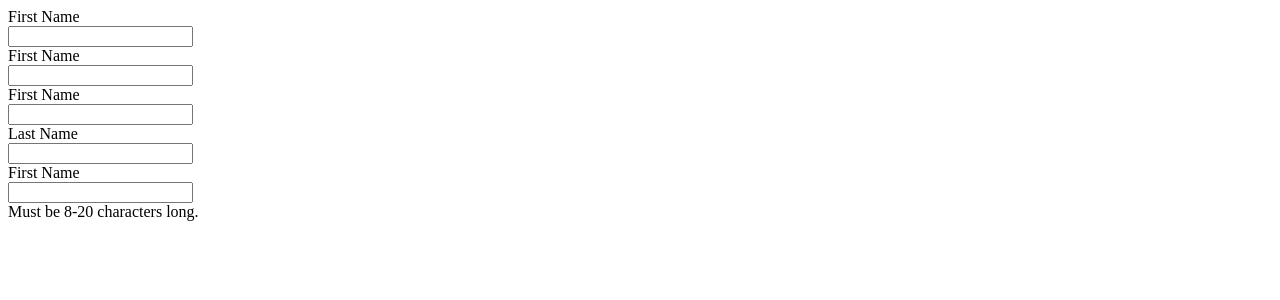
Repository: acciojob/bootstrap-form-easy-vandanayadav15
Page: main.html
These files come from the project's save history. The page is drawn as it stood at one moment and after the next save; the edit follows.
The browser window is 1280 px wide. The pictures show the whole page.

Above is the page before, as saved 2022-10-20 23:10:44.

### main.html
<!DOCTYPE html>

<html>

<head>
	<link rel="stylesheet" href="styles.css">
</head>

<body>
	<!-- the entire body must be written by student -->
	<div class="row g-3 align-items-center">
		<div class="col-auto">
			<label for="inputPassword6" class="col-form-label">First Name</label>
		</div>
		<div class="col-auto">
			<input type="text" id="first-name" class="form-control" aria-describedby="passwordHelpInline">
		</div>
		<div class="col-auto">
			<label for="inputPassword6" class="col-form-label">First Name</label>
		</div>
		<div class="col-auto">
			<input type="text" id="first-name" class="form-control" aria-describedby="passwordHelpInline">
		</div>
		<div class="col-auto">
			<label for="inputPassword6" class="col-form-label">First Name</label>
		</div>
		<div class="col-auto">
			<input type="text" id="first-name" class="form-control" aria-describedby="firstnameHelpInline">
		</div>
		<div class="col-auto">
			<label for="inputPassword6" class="col-form-label">Last Name</label>
		</div>
		<div class="col-auto">
			<input type="text" id="last-name-input" class="form-control" aria-describedby="lastnameHelpInline">
		</div>
		<div class="col-auto">
			<label for="inputPassword6" class="col-form-label">First Name</label>
		</div>
		<div class="col-auto">
			<input type="text" id="first-name" class="form-control" aria-describedby="passwordHelpInline">
		</div>
		<div class="col-auto">
			<span id="passwordHelpInline" class="form-text">
				Must be 8-20 characters long.
			</span>
		</div>
	</div>
    <script type="text/javascript" src="./script.js">
</script>

</body>

</html>

### styles.css

/* Your CSS Code here. */

Loaded but not shown: script.js (common file)

After the next save:
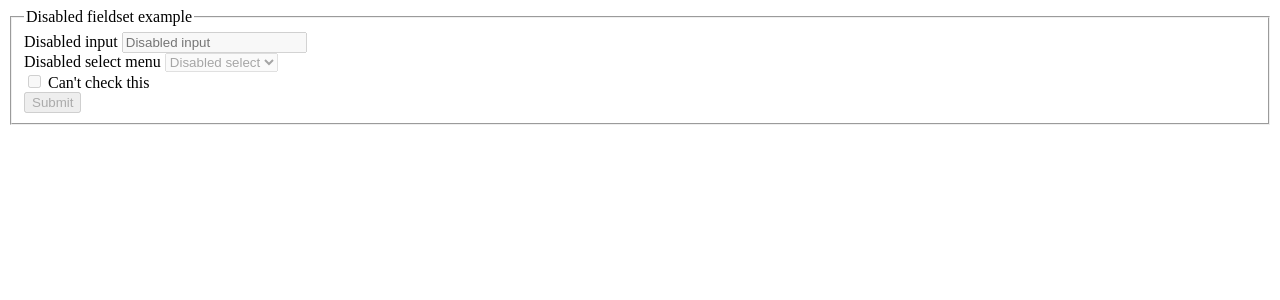
Saved 111 s later.
--- a/main.html
+++ b/main.html
@@ -8,43 +8,30 @@
 
 <body>
 	<!-- the entire body must be written by student -->
-	<div class="row g-3 align-items-center">
-		<div class="col-auto">
-			<label for="inputPassword6" class="col-form-label">First Name</label>
+<form>
+	<fieldset disabled>
+		<legend>Disabled fieldset example</legend>
+		<div class="mb-3">
+			<label for="disabledTextInput" class="form-label">Disabled input</label>
+			<input type="text" id="disabledTextInput" class="form-control" placeholder="Disabled input">
 		</div>
-		<div class="col-auto">
-			<input type="text" id="first-name" class="form-control" aria-describedby="passwordHelpInline">
+		<div class="mb-3">
+			<label for="disabledSelect" class="form-label">Disabled select menu</label>
+			<select id="disabledSelect" class="form-select">
+				<option>Disabled select</option>
+			</select>
 		</div>
-		<div class="col-auto">
-			<label for="inputPassword6" class="col-form-label">First Name</label>
+		<div class="mb-3">
+			<div class="form-check">
+				<input class="form-check-input" type="checkbox" id="disabledFieldsetCheck" disabled>
+				<label class="form-check-label" for="disabledFieldsetCheck">
+					Can't check this
+				</label>
+			</div>
 		</div>
-		<div class="col-auto">
-			<input type="text" id="first-name" class="form-control" aria-describedby="passwordHelpInline">
-		</div>
-		<div class="col-auto">
-			<label for="inputPassword6" class="col-form-label">First Name</label>
-		</div>
-		<div class="col-auto">
-			<input type="text" id="first-name" class="form-control" aria-describedby="firstnameHelpInline">
-		</div>
-		<div class="col-auto">
-			<label for="inputPassword6" class="col-form-label">Last Name</label>
-		</div>
-		<div class="col-auto">
-			<input type="text" id="last-name-input" class="form-control" aria-describedby="lastnameHelpInline">
-		</div>
-		<div class="col-auto">
-			<label for="inputPassword6" class="col-form-label">First Name</label>
-		</div>
-		<div class="col-auto">
-			<input type="text" id="first-name" class="form-control" aria-describedby="passwordHelpInline">
-		</div>
-		<div class="col-auto">
-			<span id="passwordHelpInline" class="form-text">
-				Must be 8-20 characters long.
-			</span>
-		</div>
-	</div>
+		<button type="submit" class="btn btn-primary">Submit</button>
+	</fieldset>
+</form>
     <script type="text/javascript" src="./script.js">
 </script>
 
